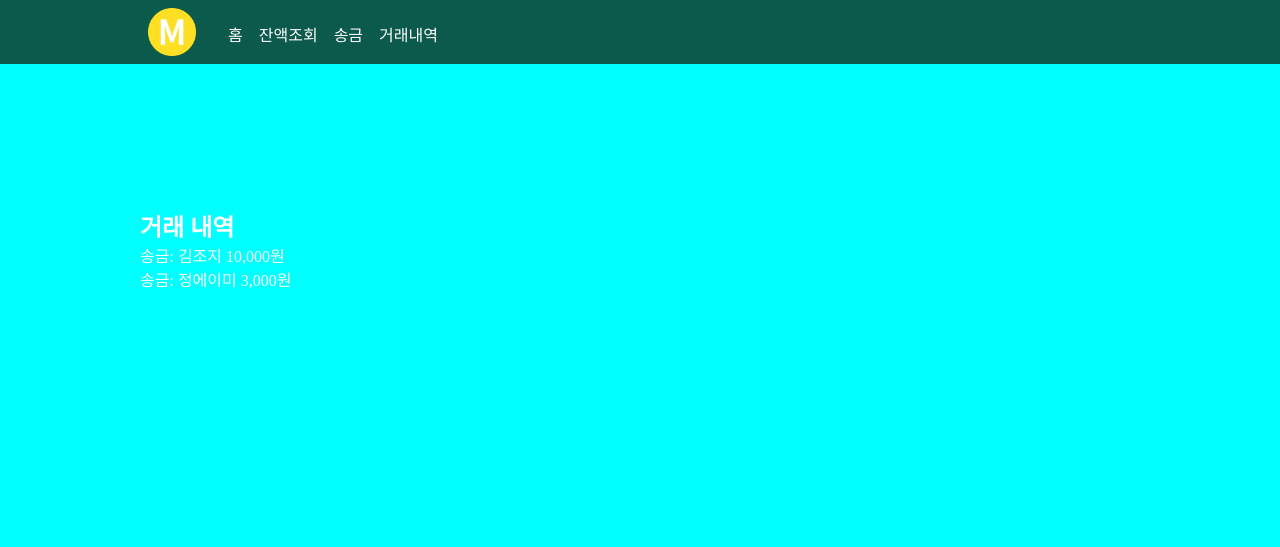
Repository: JiNookk/makaobank
Page: week06/makaoBank/transaction.html
These files come from the project's save history. The page is drawn as it stood at one moment and after the next save; the edit follows.
The browser window is 1280 px wide. The pictures show the whole page.

Above is the page before, as saved 2022-09-13 17:05:17.

### week06/makaoBank/transaction.html
<!DOCTYPE html>
<html lang="ko">
    <head>
        <meta charset="UTF-8">
        <title>마카오 뱅크</title>
        <!-- <link rel="favicon for makaoBank" href="./resources/logo.png"> favicon나중에 넣어보기-->
        <link rel="stylesheet" href="./css/reset.css">
        <link rel="stylesheet" href="./css/layout.css">
        <link rel="stylesheet" href="./css/elements.css">
    </head>
    <body>
        <header>
            <nav id="nav-item-container">
                <a href="./index.html">
                    <img id="home-logo" alt="makaoBank home Button" src="./resources/logo.png">
                </a>
                <a href="./index.html">홈</a>
                <a href="./amount.html">잔액조회</a>
                <a href="./transfer.html">송금</a>
                <a href="./transaction.html">거래내역</a>
            </nav>
        </header>
        <main class="content-container">
            <section>
               <h1>거래 내역</h1>
               <p>송금: 김조지 10,000원</p>
               <p>송금: 정에이미 3,000원</p>
            </section>
        </main>
    </body>
</html>

### week06/makaoBank/css/reset.css
* {
    box-sizing: border-box;
    margin: 0px;
    padding: 0px;
}

### week06/makaoBank/css/layout.css
body{
    display: grid;
    grid: 4rem 20vh 300px 24vh / 1fr 500px 500px 1fr;

    grid-template-areas:
    "header header header header"
    ". . . ."
    ". main main ."
    ". . . .";

    color: white;
    background-color: aqua;
}

header{
    grid-column-start: span 4;
    grid-area:header;

    display: grid;
    grid-template-columns: 1fr 500px 500px 1fr;

    height: 4rem;
    background-color: rgb(11,90,76);
}

nav{
    grid-column-start: 2;
    grid-row-start: 1;
}

nav *{
    margin-right: 1rem;
}

main{
    grid-area: main;
}

aside{
    grid-area: aside;
}

### week06/makaoBank/css/elements.css
/* aside>div{
    background-image: url("../resources/saving.png");
    width: 100%;
    height: 100%;
} */

a{
    color: white;
    text-decoration: none;
}

#nav-item-container{
    display: flex;

    align-items: center;

    padding: .5rem;
}

#home-items-container{
    display: flex;
}

#home-logo{
    height: 3rem;
}

#home-description{
    font-size: 1.8rem;

    display: flex;
    flex-direction: column;
    align-items: center;

    width: 500px;
}

#home-description button{
    font-size: .6rem;

    justify-self: center;
    margin: .3rem;
    margin-top: 3rem;

    background-color: rgb(11,90,76);
    color: white;

    width: 160px;
    height: 65px;

    border-radius: 2.3rem;
}

#saving-image{
    width: 72vh;
    height: 40vh;
}

After the next save:
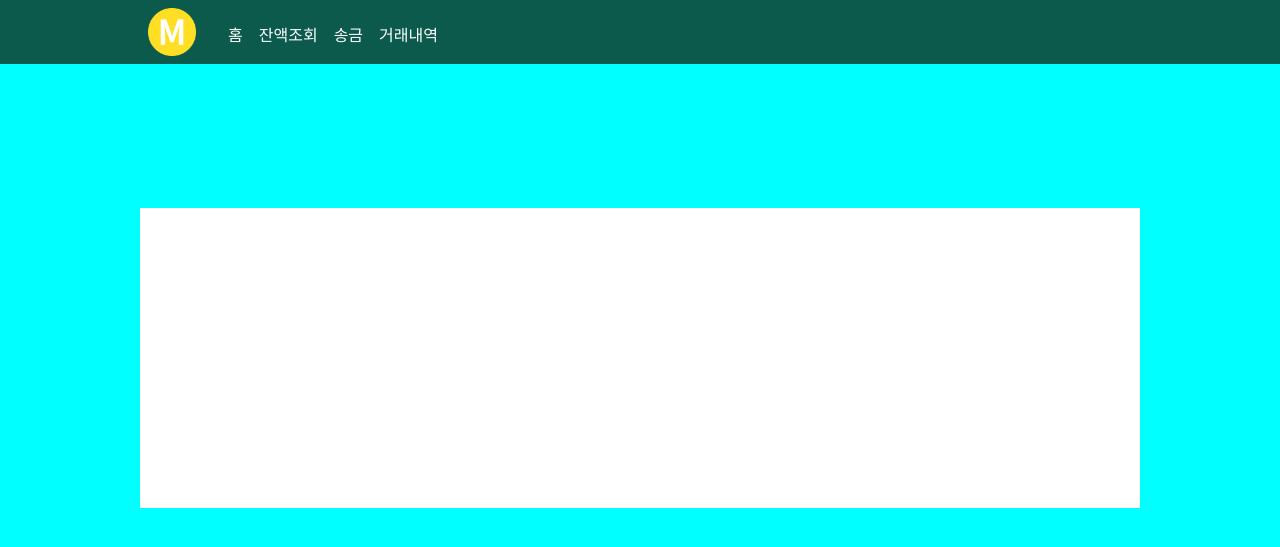
Saved 5 min 3 s later.
--- a/week06/makaoBank/css/elements.css
+++ b/week06/makaoBank/css/elements.css
@@ -55,3 +55,7 @@ a{
     width: 72vh;
     height: 40vh;
 }
+
+.content-container{
+    background-color: white;
+}
